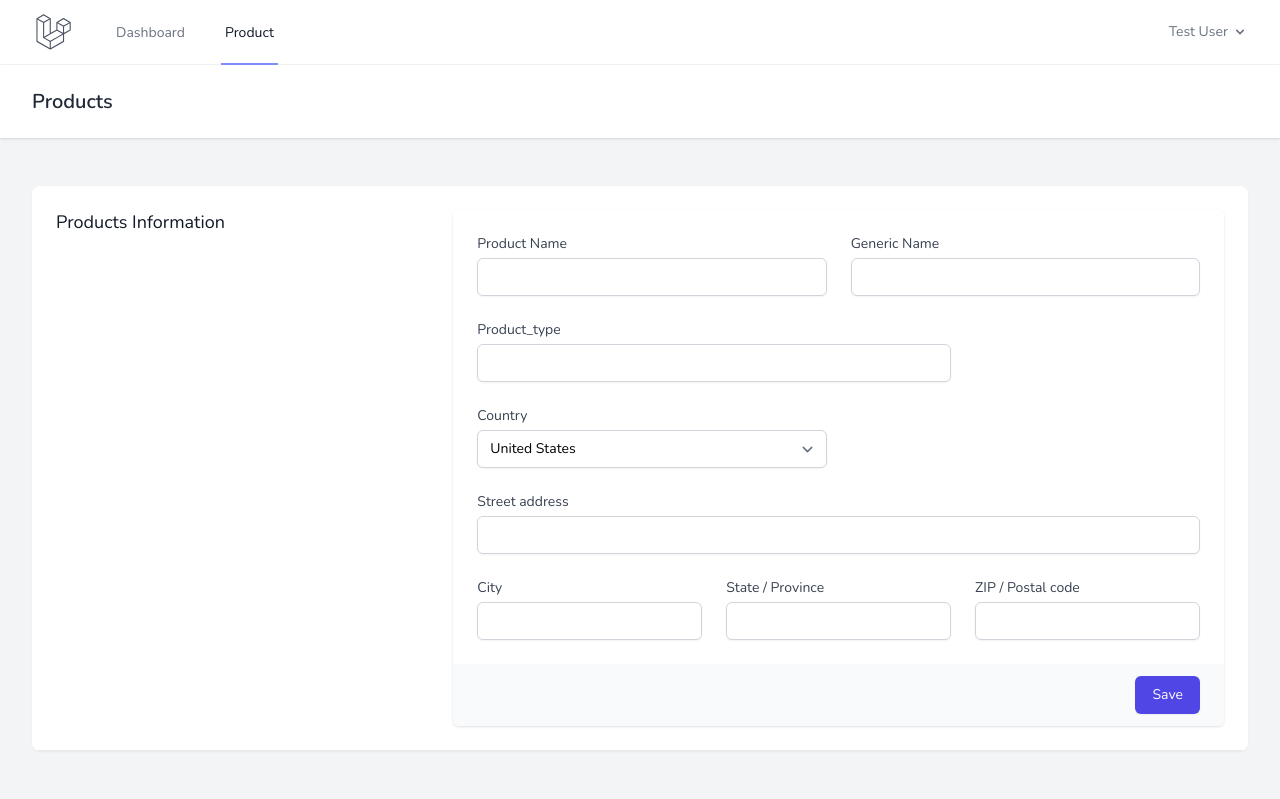
Repository: krishna-vm/them_set
Page: http://localhost/product
The author's editor kept a copy of each file at every save. The page is drawn from the files as they stood at one save, then again after the next save.
The browser window is 1280 px wide. The pictures show the whole page.
The page is served by the project's Laravel application, run on PHP 8.4 with Laravel 8. A made-up administrator, Test User (test@example.com), is signed in. Style sheets and scripts are compiled from the project's sources, by tool versions that may differ from the author's.

Above is the page before, as saved 2022-09-08 14:37:33.

After the next save:
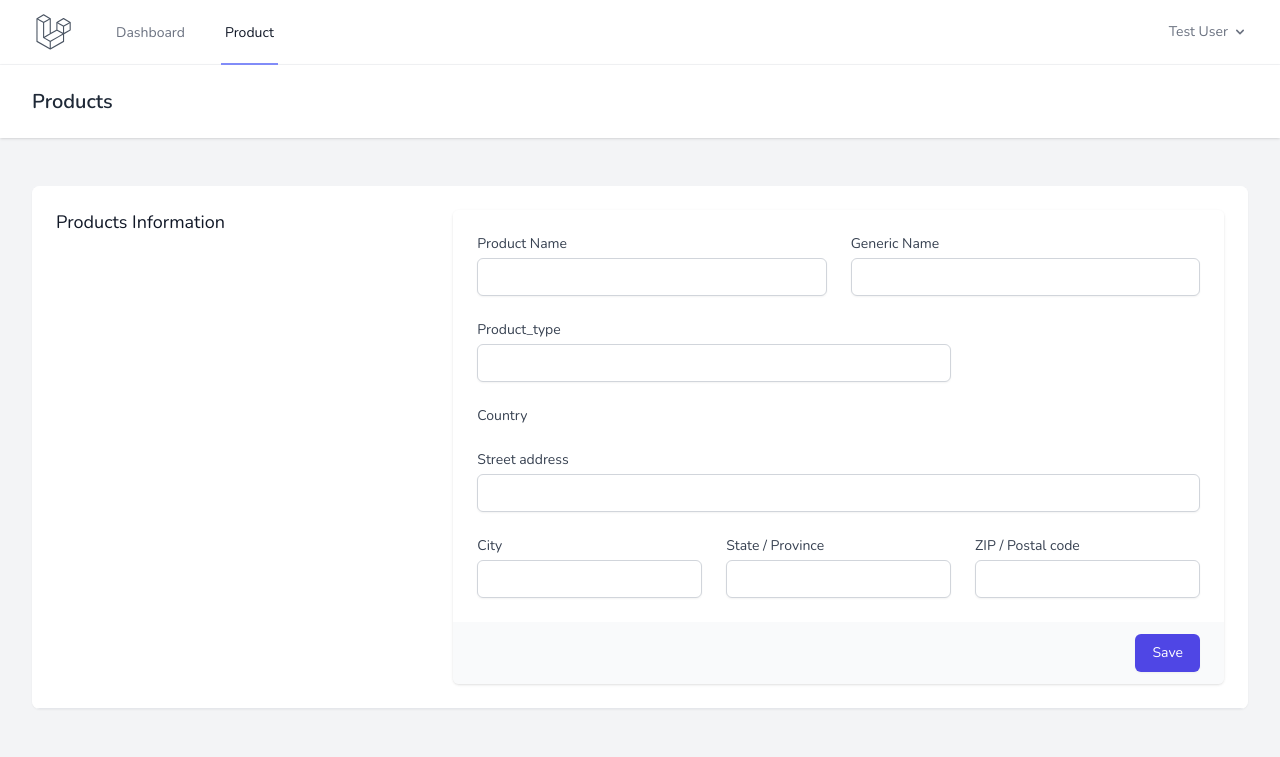
Saved 9 s later.
--- a/resources/views/product.blade.php
+++ b/resources/views/product.blade.php
@@ -41,11 +41,7 @@
 
                                                 <div class="col-span-6 sm:col-span-3">
                                                   <label for="country" class="block text-sm font-medium text-gray-700">Country</label>
-                                                  <select id="country" name="country" autocomplete="country-name" class="mt-1 block w-full rounded-md border border-gray-300 bg-white py-2 px-3 shadow-sm focus:border-indigo-500 focus:outline-none focus:ring-indigo-500 sm:text-sm">
-                                                    <option>United States</option>
-                                                    <option>Canada</option>
-                                                    <option>Mexico</option>
-                                                  </select>
+
                                                 </div>
 
                                                 <div class="col-span-6">

After the save that followed:
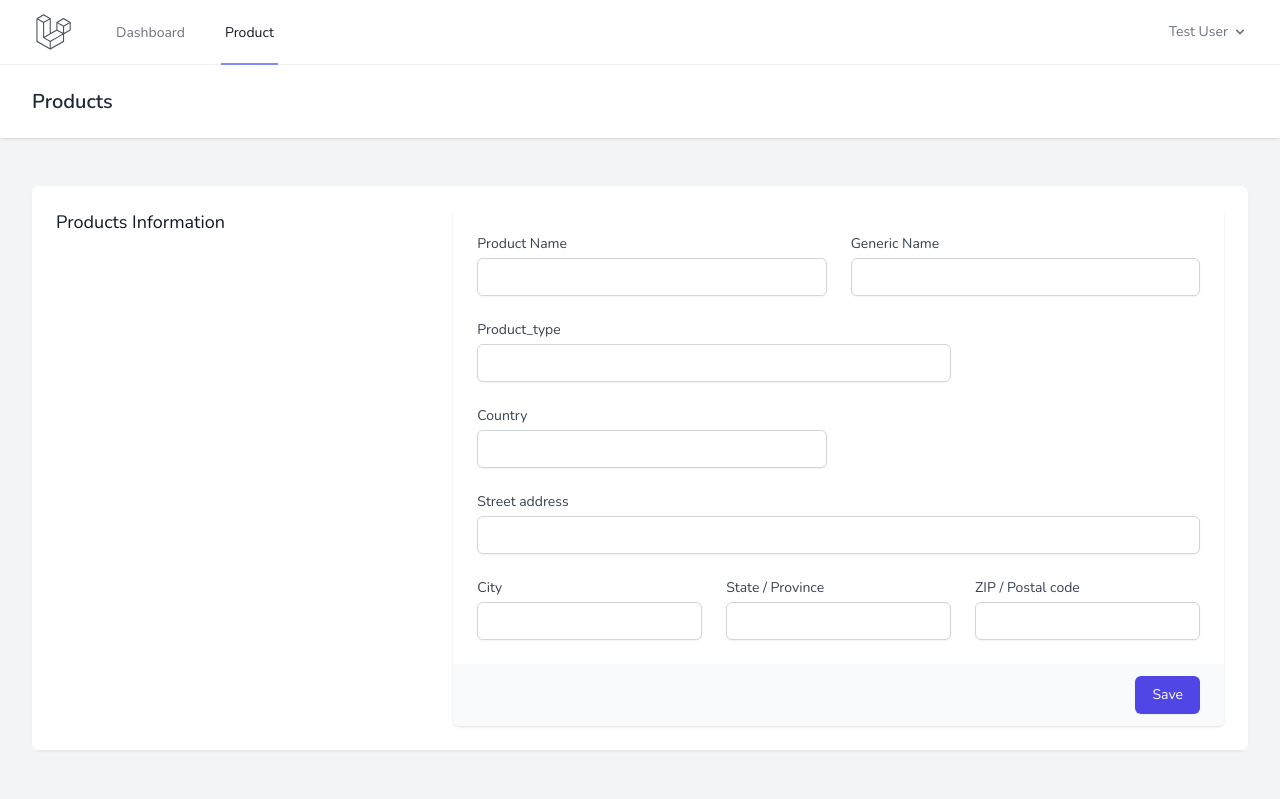
Saved 4 s later.
--- a/resources/views/product.blade.php
+++ b/resources/views/product.blade.php
@@ -41,6 +41,7 @@
 
                                                 <div class="col-span-6 sm:col-span-3">
                                                   <label for="country" class="block text-sm font-medium text-gray-700">Country</label>
+                                                  <input type="text" name="product_type" id="product_type"  class="mt-1 block w-full rounded-md border-gray-300 shadow-sm focus:border-indigo-500 focus:ring-indigo-500 sm:text-sm">
 
                                                 </div>
 
